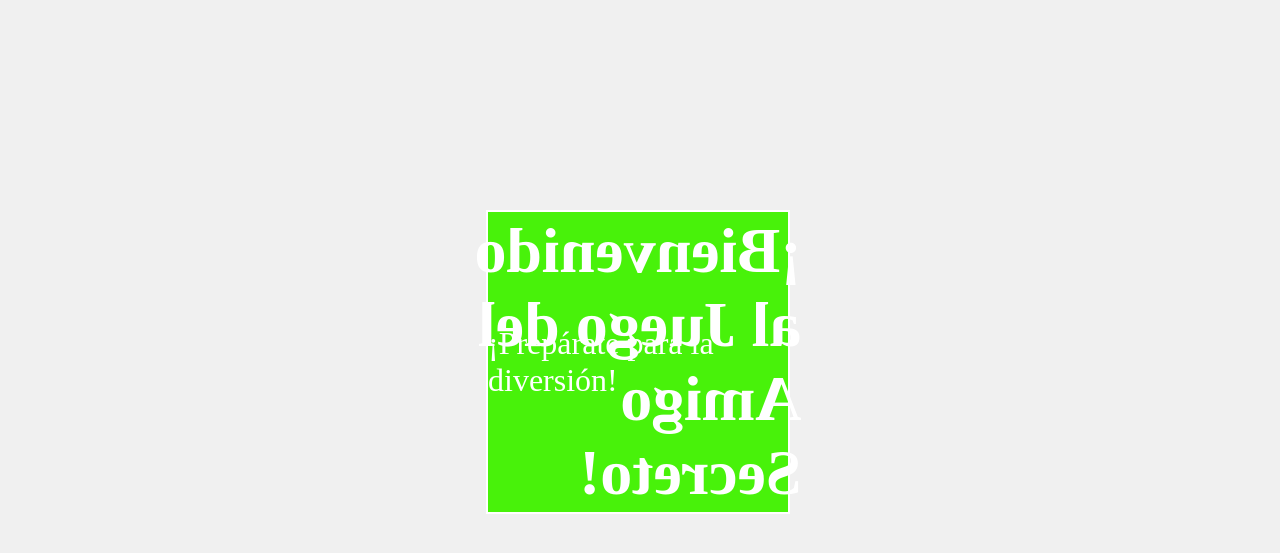
Repository: ye909/secreto
Page: inicio.html
These files come from the project's save history. The page is drawn as it stood at one moment and after the next save; the edit follows.
The browser window is 1280 px wide. The pictures show the whole page.

Above is the page before, as saved 2025-02-20 21:16:57.

After the next save:
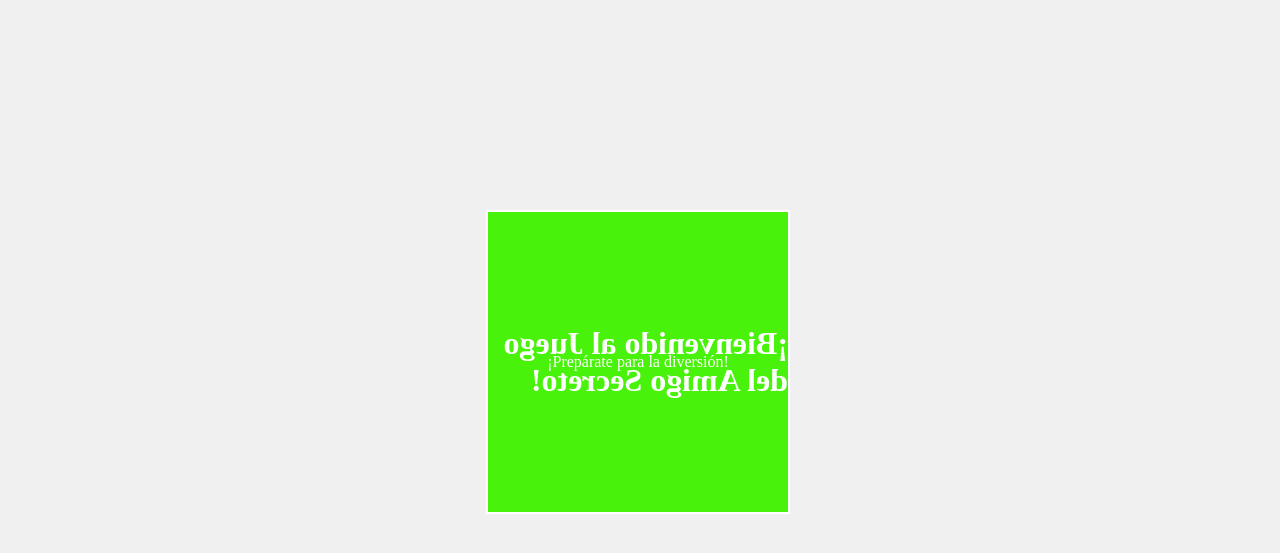
Saved 19 s later.
--- a/inicio.css
+++ b/inicio.css
@@ -30,8 +30,7 @@ body {
     display: flex;
     justify-content: center;
     align-items: center;
-    font-size: 2em;
-   ;
+    font-size: 1em;
     color: white;
     border: 2px solid white;
     /* Animación de entrada */
